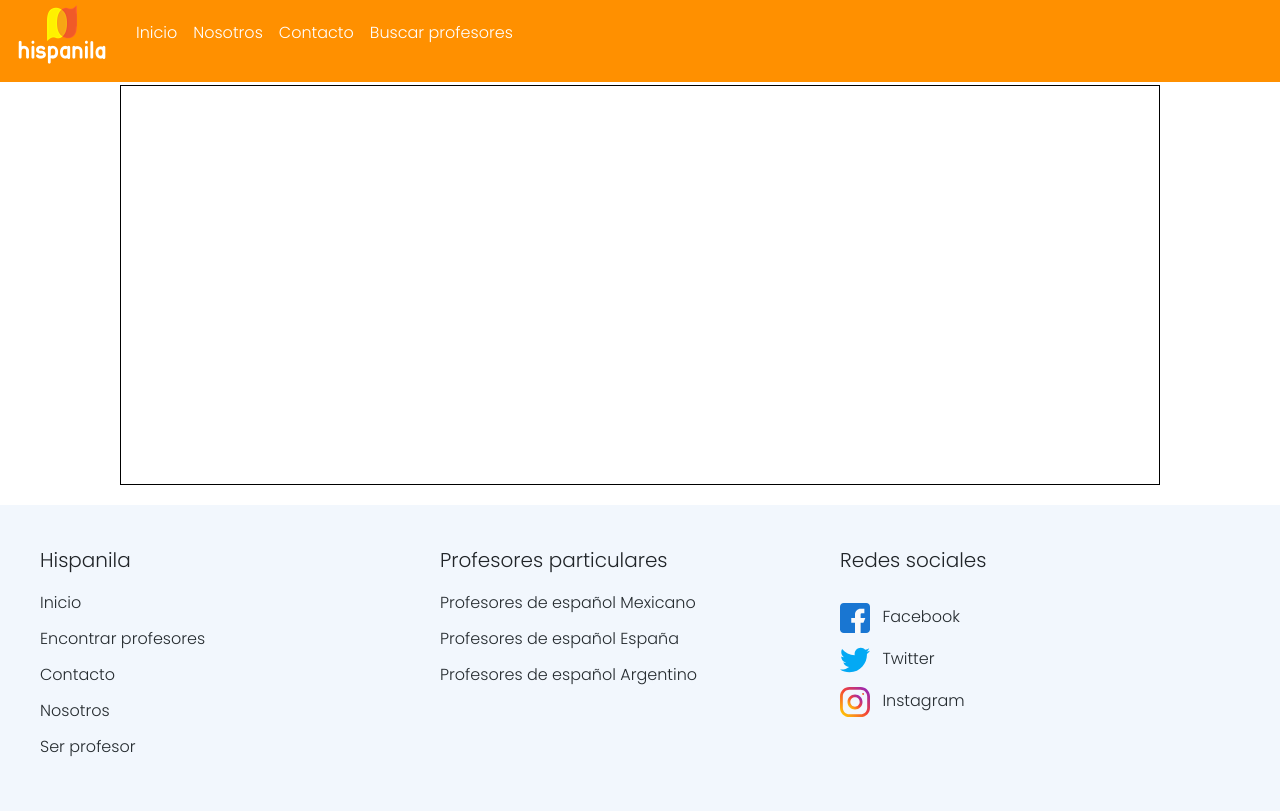
Repository: AgustinGarciaDev/Hispanila
Page: prueba.html
An editor plug-in stored every save of this project. The page is shown before and after the next save, followed by the edit.
The browser window is 1280 px wide. The pictures show the whole page.
Some web libraries are served in a nearby version. The style sheet was rebuilt from its Sass, Less or Tailwind sources for each picture, by a compiler version that may differ from the author's.

Above is the page before, as saved 2021-01-29 00:36:54.

### prueba.html
<!DOCTYPE html>
<html lang="en">

<head>

    <head>
        <meta charset="UTF-8">
        <title>Buscar profesor</title>
        <meta name="viewport" content="width=device-width, user-scalable=no">
        <meta name="description" content="Busca el profesor de español que más se adecue a lo que quieres aprender. Busca por precio,variante del español y mucho más">
        <meta name="keywords" content="profesor español, buscar profesor, español , aprender con profesionales">

        <link rel="stylesheet" href="https://cdnjs.cloudflare.com/ajax/libs/animate.css/4.1.1/animate.min.css" />
        <link rel="stylesheet" href="https://use.fontawesome.com/releases/v5.8.1/css/all.css" integrity="sha384-50oBUHEmvpQ+1lW4y57PTFmhCaXp0ML5d60M1M7uH2+nqUivzIebhndOJK28anvf" crossorigin="anonymous">
        <link rel="preconnect" href="https://fonts.gstatic.com">
        <link rel="preconnect" href="https://fonts.gstatic.com">
        <link href="https://fonts.googleapis.com/css2?family=Poppins:ital,wght@0,200;0,300;0,800;0,900;1,200;1,500&display=swap" rel="stylesheet">
        <link href="https://cdn.jsdelivr.net/npm/bootstrap@5.0.0-beta1/dist/css/bootstrap.min.css" rel="stylesheet" integrity="sha384-giJF6kkoqNQ00vy+HMDP7azOuL0xtbfIcaT9wjKHr8RbDVddVHyTfAAsrekwKmP1" crossorigin="anonymous">
        <link rel="stylesheet" href="./css/style.css">
        <link rel="stylesheet" href="stylemod.css">
    </head>
</head>

<body class="search-teacher">
    <header>
        <nav class="navbar navbar-expand-lg navbar-light bg-light nav-color">
            <div class="container-fluid">
                <a class="navbar-brand" href="./index.html"><img class="logo" src="./img/Hispanila_opt.png" alt=""></a>
                <button class="navbar-toggler" type="button" data-bs-toggle="collapse" data-bs-target="#navbarSupportedContent" aria-controls="navbarSupportedContent" aria-expanded="false" aria-label="Toggle navigation">
            <span class="navbar-toggler-icon"></span>
          </button>
                <div class="collapse navbar-collapse" id="navbarSupportedContent">
                    <ul class="navbar-nav me-auto mb-2 mb-lg-0">
                        <li class="nav-item">
                            <a class="nav-link active" aria-current="page" href="./index.html">Inicio</a>
                        </li>
                        <li class="nav-item">
                            <a class="nav-link" href="./we.html">Nosotros</a>
                        </li>
                        <li class="nav-item">
                            <a class="nav-link" href="./contact.html">Contacto</a>
                        </li>
                        <li class="nav-item">
                            <a class="nav-link" href="./searchteacer.html">Buscar profesores</a>
                        </li>
                    </ul>
                </div>
            </div>
        </nav>
    </header>
    <section class="teacher__layout">
        <div class="teacher__card">
            <div class="teacher__card__content">

            </div>
        </div>
    </section>

    <footer class="footer">
        <div class="list__footer">
            <p class="list__footer__p-modifier">Hispanila</p>
            <li class="list__footer__li-modifier"> <a class="list__footer__a-modifier" href="/index.html">Inicio</a></li>
            <li class="list__footer__li-modifier"> <a class="list__footer__a-modifier" href="/searchteacer.html">Encontrar profesores</a></li>
            <li class="list__footer__li-modifier"><a class="list__footer__a-modifier" href="/contacte.html">Contacto</a></li>
            <li class="list__footer__li-modifier"><a class="list__footer__a-modifier" href="/we.html">Nosotros</a></li>
            <li class="list__footer__li-modifier"><a class="list__footer__a-modifier" href="/we.html">Ser profesor</a></li>
        </div>
        <div class="list__footer">
            <p class="list__footer__p-modifier">Profesores particulares</p>
            <li class="list__footer__li-modifier"> <a class="list__footer__a-modifier" href=" https://www.facebook.com/ "> Profesores de español Mexicano</a></li>
            <li class="list__footer__li-modifier"><a class="list__footer__a-modifier" href="https://twitter.com/home "> Profesores de español España</a></li>
            <li class="list__footer__li-modifier"><a class="list__footer__a-modifier" href="https://www.instagram.com/ "> Profesores de español Argentino</a></li>
        </div>
        <div class="list__footer ">
            <p class="list__footer__p-modifier"> Redes sociales</p>
            <li class="list__footer__li-modifier"></li><img class="list__footer__img-modifier" src="./img/facebook.svg " alt=" "> <a class="list__footer__a-modifier" href="https://www.facebook.com/ ">Facebook</a></li>
            <li class="list__footer__li-modifier"></li><img class="list__footer__img-modifier" src="./img/gorjeo.svg " alt=" "> <a class="list__footer__a-modifier" href="https://twitter.com/home ">Twitter</a></li>
            <li class="list__footer__li-modifier"></li><img class="list__footer__img-modifier" src="./img/instagram.svg " alt=" "> <a class="list__footer__a-modifier" href="https://www.instagram.com/ ">Instagram</a></li>
        </div>
    </footer>
    <script src="https://cdn.jsdelivr.net/npm/bootstrap@5.0.0-beta1/dist/js/bootstrap.bundle.min.js" integrity="sha384-ygbV9kiqUc6oa4msXn9868pTtWMgiQaeYH7/t7LECLbyPA2x65Kgf80OJFdroafW" crossorigin="anonymous"></script>
</body>

</html>

### stylemod.css
/* CARD  porque estudiar Hispanila*/

.teacher-block {
    height: 400px;
    width: 100%;
    background: white;
    margin-bottom: 20px;
    margin-top: 20px;
    box-shadow: 20px 20px 51px #c4cacf, -20px -20px 51px #ffffff;
    padding: 10px;
    display: flex;
}

.teacher-date {
    display: flex;
    flex-direction: column;
    padding: 20px;
}

.teacher-date .teacher-score {
    flex-direction: row;
}

.teacher-date img {
    border-radius: 50%;
    height: 100px;
    width: 100px;
    margin: auto;
}

.teacher-date button {
    height: 30px;
    width: 120px;
    margin: auto;
}

.score-teacher {
    margin: auto;
    padding: 20px 0 20px 0;
    color: #FEC400;
}

.teacher-information {
    display: flex;
    flex-direction: column;
}

.teacher-information h1 {
    font-size: 20px;
}

.teacher-date-personal {
    display: flex;
    flex-direction: row;
    justify-content: space-between;
}

.teacher-posicion {
    display: inline;
}

.title-teacher p {
    font-size: 16px;
    font-weight: 200;
    margin: 4px;
}

.teacher-precie {
    font-size: 18px;
    font-weight: bold;
}

.teacher-posicion h4 {
    font-size: 20px;
    font-weight: 200;
}

.teacher-posicion .teacher-divider-card {
    border: solid 1px red;
    width: 15px;
    height: 3px;
    background: red;
}

.teacher-learning {
    font-weight: bold;
}

.level {
    display: inline-block;
    margin: 2px;
    height: 19px;
    width: 4px;
    background: red;
}

.level-four-lenguage {
    background: #dee3e5
}

.level-five-leanguage {
    background: #dee3e5
}

.navbar>.container-fluid {
    background-color: #FF9000 !important;
}

@media (max-width: 890px) {
    .teacher-block {
        flex-direction: column;
    }
}

@media (max-width: 520px) {}

### scss/style.scss
@import"variables";
@import "header";
@import "footer";
@import "body";
@import "home";
@import "contac";
@import "profile";
@import "seendemail";
@import "aboutUs";
@import "search";

### scss/_variables.scss
/* TIPOGRAFIAS */

$font-body: 'Poppins',
sans-serif;

/* SIZE TIPOGRAFIAS */

$nameteacher: 16px;
$titulocontacto: 20px;

/* ICONOS COLOR */

$color-start-icon: #FEC400;
$color-social:gray;

/*Color background*/

$color-box: linear-gradient(145deg, #d8e8f2, #b6c3cb);

/*Padding*/

$padding-currilum: 40px;

### scss/_header.scss
header {
    position: sticky;
    top: 0;
    z-index: 5;
}

### scss/_footer.scss
.footer {
    background-color: #F2F7FD;
    display: grid;
    grid-template-columns: repeat(3, 1fr);
    padding: 40px;
}

.list__footer__p-modifier {
    font-size: 20px;
}

.list__footer__li-modifier {
    list-style: none;
    align-items: center;
    display: flex;
    margin-bottom: 12px;
}

.list__footer__a-modifier {
    text-decoration: none;
    color: #252b2f;
}

.list-footer a:hover {
    text-decoration: underline;
}

.list__footer__img-modifier {
    width: 30px;
    height: 30px;
    margin-right: 8px;
}

@media (max-width: 768px) {
    .footer {
        display: flex;
        flex-wrap: wrap;
    }
    .list__footer {
        padding-left: 10px;
        padding-right: 10px;
        justify-content: center;
    }
}

@media (max-width: 520px) {}

### scss/_body.scss
body {
    margin: 0;
    font-family: $font-body;
}

### scss/_home.scss
.nav-color {
    background-color: #ff9000 !important;
    height: 65px;
    box-shadow: 2px 2px 4px #d97a00, -5px -5px 4px #ffa600;
}

.nav-link {
    color: white !important;
}

.hero {
    display: grid;
    grid-template-columns: 2fr 2fr;
    height: 600px;
    background-image: url(http://baravdg.com/wp-content/uploads/2021/01/hero-background.png);
    background-position: center;
    background-repeat: no-repeat;
    background-size: cover;
}

.hero .box {
    display: flex;
    flex-direction: column;
    margin: auto;
    padding-left: 30px;
}

.hero__title_h1 {
    color: white;
    font-weight: 700;
    font-size: 50px;
}

.hero__title_p {
    color: white;
    font-size: 30px;
    font-size: 400;
}

.hero__bottom {
    width: 200px;
    color: white;
    padding: 10px;
    text-align: center;
    text-decoration: none;
    font-size: 'Poppins', sans-serif;
    font-weight: 800;
    border-radius: 8px;
    background: linear-gradient(145deg, #ffd529, #d8b322);
}


/* EMPIEZA LAS CARD DE LAS BANDERAS */

.Tittle_h2 {
    text-align: center;
    padding: 30px;
    font-size: 40px;
    font-weight: 800;
}

.block-band {
    display: grid;
    grid-template-columns: repeat(3, 1fr);
    grid-column-gap: 30px;
    grid-row-gap: 30px;
    justify-items: center;
}

.link {
    color: inherit;
    text-decoration: inherit;
}

.card-band {
    border-radius: 24px;
    border-radius: 24px;
    background: #ecf1f4;
    box-shadow: 22px 22px 18px #dee3e5, -22px -22px 18px #faffff;
    width: 400px;
    height: 372px;
}

.content-band {
    display: flex;
    padding-left: 40px;
    padding-bottom: 10px;
}

.info-card {
    padding-top: 9px;
    padding-left: 10px;
}

.info-card h4 {
    margin: 0;
}

.info-card p {
    margin: 0;
    margin-left: 6;
}

.card-band .teacher-photo {
    width: 400px;
    height: 300px;
}

.card-band .band {
    height: 50px;
    width: 50px;
}

.card-prof {
    margin: 40px;
    padding: 40px;
}

.table-proyect {
    padding: 40px;
}


/* Card study*/

.margin {
    margin: 20px;
}

.card__study__resson {
    width: 300px;
    height: 572px;
}

.card__study__img {
    height: 400px;
    width: 200px;
    display: flex;
    margin: auto;
}

.card__study_text {
    text-align: center;
}

.card__study__btn {
    width: 200px;
    color: white;
    padding: 10px;
    justify-content: center;
    text-decoration: none;
    font-size: 'Poppins', sans-serif;
    font-weight: 800;
    border-radius: 8px;
    background: linear-gradient(145deg, #ffd529, #d8b322);
    display: flex;
    margin: auto;
}

@media (max-width: 890px) {
    .block-band {
        grid-template-columns: repeat(2, 1fr);
    }
    .card-band .teacher-photo {
        width: 324px;
        height: 239px;
    }
    .card-band {
        width: 324px;
        height: 325px;
    }
    .logo {
        margin-top: -20px;
    }
}

@media (max-width: 520px) {
    .hero {
        height: 360px;
    }
    .block-band {
        grid-template-columns: none;
    }
    .card__study__resson {
        width: 300px;
        height: 572px;
    }
    .nav-color {
        height: 70px;
    }
    .logo {
        margin-top: -20px;
    }
    .hero__title_h1 {
        font-size: 31px;
    }
    .hero__title_p {
        font-size: 17px;
    }
    .Tittle_h2 {
        text-align: center;
        padding: 17px;
        font-size: 32px;
        font-weight: 800;
    }
}

### scss/_contac.scss
.contact__body {
    margin-top: 50px;
    margin-bottom: 50px;
}

.row {
    margin-right: 0;
}

.email_img {
    width: 100%;
}

.icons__list {
    display: flex;
    justify-content: center;
}

.icons__list_a {
    text-decoration: none;
    color: #ff9000;
    padding-bottom: 10px;
    padding-left: 5px;
    padding-right: 5px;
    font-size: 20px;
}

.icons__list__redsocial {
    display: flex;
    flex-direction: row;
    padding-top: 10px;
    justify-content: center;
}

.icons__list_logo_Redes {
    color: #ff9000;
    font-size: 35px;
    margin: 0 10px;
}

.text-contact__h2 {
    font-size: $titulocontacto;
}

.btn_send {
    width: 200px;
    color: white;
    padding: 10px;
    display: flex;
    justify-content: center;
    margin-top: 14px;
    text-decoration: none;
    font-size: 'Poppins', sans-serif;
    font-weight: 800;
    border-radius: 8px;
    background-color: orange;
}

@media (max-width: 520px) {
    .text-contact__h1 {
        text-align: center;
    }
    .text-contact__h2 {
        font-size: $titulocontacto -7;
        text-align: center;
    }
}

### scss/_profile.scss
    .layout {
        display: grid;
        grid-template-columns: 2fr 1fr;
        grid-template-rows: 1fr;
        grid-column-gap: 10px;
        grid-row-gap: 10px;
        padding: 20px;
    }

    .layout__infoteache__video-modifier {
        width: 100%;
        height: 500px;
    }

    .layout__profile {
        border-radius: 8px;
        background: #ffffff;
        box-shadow: 8px 8px 55px #d9d9d9, -8px -8px 55px #ffffff;
    }

    .layaout__datachecher__layout__img-modifier {
        width: 80px;
        height: 80px;
        border-radius: 50%;
        display: flex;
        margin: auto;
    }

    .layaout__datachecher__h1-modifier {
        font-size: 30px;
        font-weight: 600;
    }

    .layaout__datachecher__h2-modifier {
        font-size: 14px;
    }

    .scoreteacher {
        display: flex;
        flex-direction: row;
    }

    .scoreteacher__icon--modifier {
        color: $color-start-icon;
        margin-top: 28px;
        margin-bottom: 2px;
    }

    .scoreteacher__number--modifier {
        margin-top: 26px;
        margin-bottom: 2px;
        padding-left: 9px;
    }

    .layout__sepator {
        border: 1px solid #10101030;
        margin: 10px;
    }

    .card {
        margin-bottom: 15px;
        margin-top: 15px;
    }

    .card-body {
        display: flex;
    }

    .clases__titulo-Modifier {
        font-size: 25px;
        font-size: 500;
    }

    .curriculum {
        margin: 30px 0;
        border-radius: 8px;
        background: #ffffff;
        box-shadow: 8px 8px 55px #d9d9d9, -8px -8px 55px #ffffff;
        padding: $padding-currilum;
    }

    .lessons__box {
        padding: 40px;
        margin: 30px 0;
        border-radius: 8px;
        background: #ffffff;
        box-shadow: 8px 8px 55px #d9d9d9, -8px -8px 55px #ffffff;
    }

    .Comentary {
        margin-top: 20px;
        background: #ffffff;
        box-shadow: 8px 8px 55px #d9d9d9, -8px -8px 55px #ffffff;
        padding: 30px;
    }

    .personaldata {
        display: flex;
        flex-direction: row;
    }

    .Comentary__grid {
        margin-top: 40px;
        display: grid;
        grid-template-columns: 1fr 1fr;
        grid-template-rows: 1fr 1fr 1fr;
        grid-row-gap: 30px;
    }

    .Comentary__layout {
        width: 350px;
        height: 140px;
        padding: 10px;
        background: rgba( 255, 255, 255, 0.00);
        box-shadow: 0 8px 10px 0 rgba( 31, 38, 135, 0.37);
        border-radius: 10px;
    }

    .personaldata img {
        border-radius: 50%;
        width: 50px;
        height: 50px;
    }

    .Reserva {
        position: sticky;
        top: 100px;
        height: 350px;
        border-radius: 8px;
        background: #ffffff;
        box-shadow: 8px 8px 55px #d9d9d9, -8px -8px 55px #ffffff;
    }

    .Reserva__precios_layout {
        padding-bottom: 10px;
        padding-top: 10px;
    }

    .boton__ML {
        display: flex;
        justify-content: center;
    }

    .mercadopago-button {
        height: 40px;
        font-weight: 300px;
        font-family: $font-body;
        background-color: #00b1ff!important;
        width: 100%;
        border-radius: 1px;
        background: $color-box;
        box-shadow: 5px 5px 9px #b8c5ce, -5px -5px 9px #dcedf6;
    }

    .Reserva__divider {
        border: 1px solid gray;
    }

    .Reserva__contact {
        text-align: center;
        padding: 20px;
    }

    .Reserva__contact_boton {
        display: block;
        font-weight: 400;
        padding: 20px;
        text-decoration: none;
        color: white;
        background: #48af41!important;
        border-radius: 1px;
        border-radius: 1px;
        background: $color-box;
        box-shadow: 5px 5px 9px #b8c5ce, -5px -5px 9px #dcedf6;
    }
    /* Responsive */

    @media (max-width: 890px) {
        .layout {
            display: flex;
            flex-direction: column;
        }
        .Comentary__grid {
            display: flex;
            flex-wrap: wrap;
        }
        .Comentary__layout {
            width: 100%;
        }
        .Reserva {
            position: relative;
            top: 0;
            width: 100%;
            height: 350px;
        }
    }

    @media (max-width: 520px) {
        .layout__infoteache__video-modifier {
            height: 240px;
        }
        .layout__scoreteacher {
            margin-left: 132px;
        }
        .layout__dateacher_info {
            margin-left: -9px;
        }
        .Reserva__contact_boton {
            width: 200px;
            height: 70px;
            display: inline-block;
            padding: 10px;
        }
        .card-body {
            flex-direction: column;
            align-items: center;
        }
        .curriculum {
            padding: $padding-currilum -30;
        }
    }

### scss/_seendemail.scss
.lottie {
    justify-content: center;
    display: flex;
}

### scss/_aboutUs.scss
    .About__tittle-h1 {
        text-align: center;
        padding: 20px 0;
        font-weight: 800;
    }

    .About__img {
        display: flex;
        justify-content: center;
        align-items: center;
    }

    .About__img--modifier {
        width: 900px;
        height: 600px;
    }

    .About__history {
        text-align: center;
        margin: 10px 500px;
    }

    .About_compromise_img {
        width: 400px;
        height: 300px;
    }

    .about__container {
        margin-top: 50px;
        margin-bottom: 50px;
    }

    .Value {
        margin-top: 40px;
    }

    @media (max-width: 890px) {
        .About__img--modifier {
            width: 100%;
            height: auto;
        }
        .About__history {
            margin: 10px 20px;
        }
    }

    @media (max-width: 570px) {
        .About_compromise_img {
            height: 300px;
        }
        .About_compromise__responsive {
            flex-direction: column-reverse;
            display: flex;
        }
        .Value {
            display: flex;
            align-items: center;
            justify-content: center;
        }
        .Value__box {
            display: flex;
            flex-direction: column;
            justify-content: center;
        }
    }

### scss/_search.scss
.teacher__layout {
    display: flex;
    justify-content: center;
    margin-left: 100px;
    margin-right: 100px;
}

.teacher__card {
    display: grid;
    grid-template-columns: repeat(3, 1fr);
    grid-column-gap: 30px;
    grid-row-gap: 30px;
    justify-items: center;
    border: 1px solid black;
    height: 400px;
    width: 100%;
    margin: 20px;
}

After the next save:
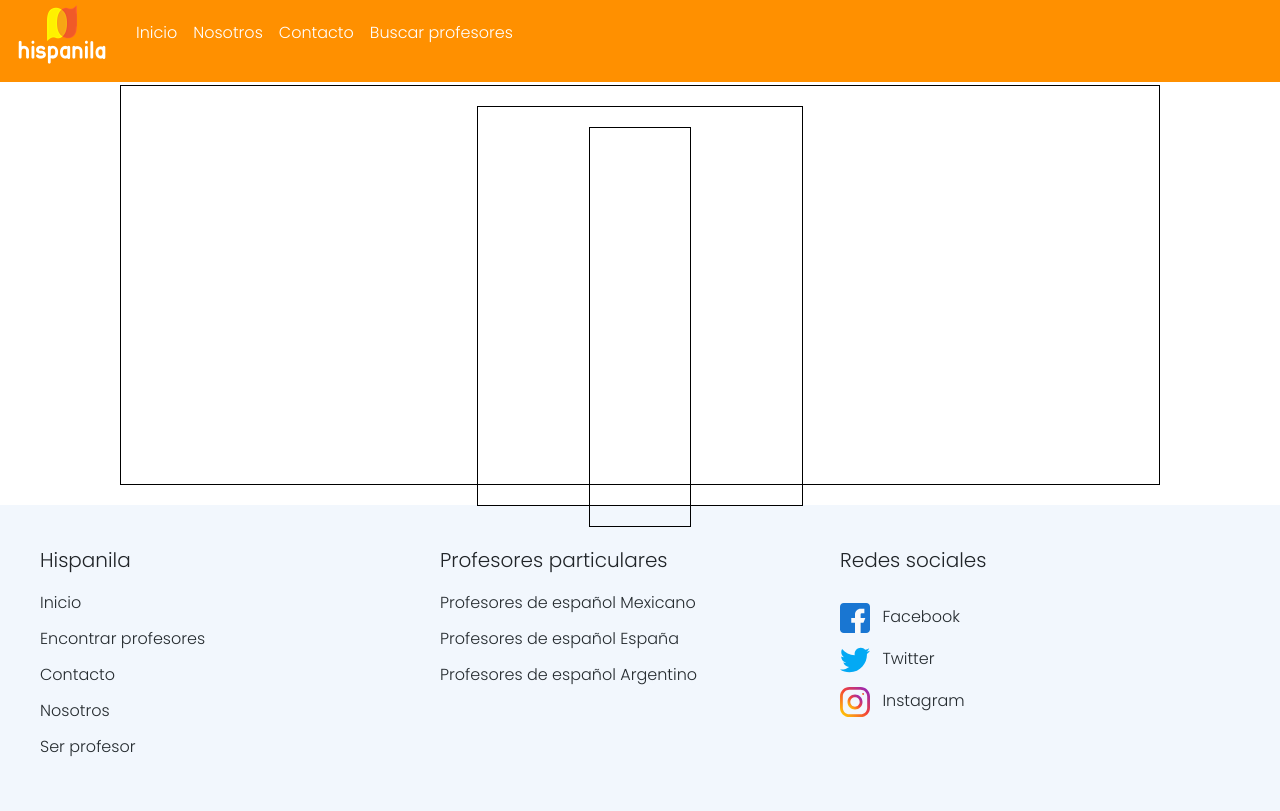
Saved 29 s later.
--- a/prueba.html
+++ b/prueba.html
@@ -53,7 +53,15 @@
             <div class="teacher__card__content">
 
             </div>
-        </div>
+            <div class="teacher__card">
+                <div class="teacher__card__content">
+
+                </div>
+                <div class="teacher__card">
+                    <div class="teacher__card__content">
+
+                    </div>
+                </div>
     </section>
 
     <footer class="footer">
